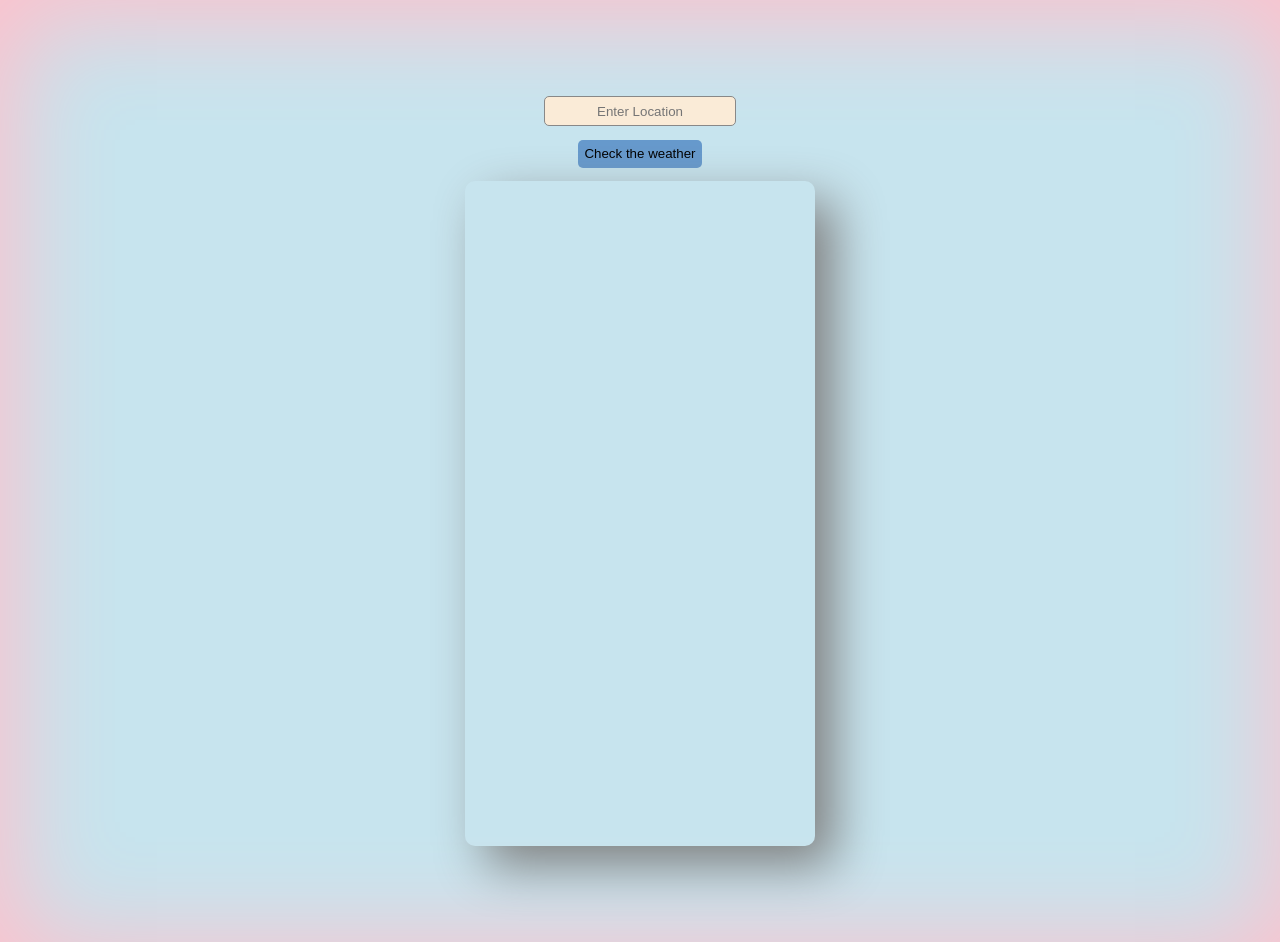
Repository: CanSanchez/weatherapp
Page: /
These files come from the project's save history. The page is drawn as it stood at one moment and after the next save; the edit follows.
The browser window is 1280 px wide. The pictures show the whole page.
The project was rebuilt for these pictures with package versions that can differ from the ones it lists, and the page was loaded fresh each time. The framework's server and built-in components were replaced by stand-ins that run in the browser. Also part of the build but not shown: next.config.js.

Above is the page before, as saved 2023-01-17 23:05:45.

### pages/index.js
import Head from 'next/head'
import Image from 'next/image'
import { Inter } from '@next/font/google'
import styles from '@/styles/Home.module.css'
import { useState } from 'react'
import axios from 'axios'
import sunny from '../public/background/sunny.png'

const inter = Inter({ subsets: ['latin'] })

export default function Home() {

  const [location, setLocation] = useState("");
  const [data, setData] = useState({});
  const [weather, setWeather] = useState();
  const [errorMessage, setErrorMessage] = useState('')
  // const [background, setBackground] = useState();

  var apiKey = "99f42d70d7447c0cadd6b0124b3ed194";
  var lang ="en";
  var units ="metric";

  const url = `https://api.openweathermap.org/data/2.5/weather?q=${location}&units=${units}&&appid=${apiKey}&lang=${lang}`

  const searchLocation = (event) => {
    if(event.key === "Enter") {
      axios.get(url)
      .then((response) => {
        console.clear()
        setData(response.data)
        console.log(response.data)
        setWeather(response.data.weather);
        setErrorMessage("")
      }).catch(err => {
        console.log(err);
        setErrorMessage("Please enter another location")
        setData({})
        setWeather()
      })
      setLocation('')
    }
  }

  return (
    <>
      <Head>
        <title>Wazzup</title>
        <meta name="description" content="Weather app created by Can" />
        <meta name="viewport" content="width=device-width, initial-scale=1" />
        <link rel="icon" href="/weather-news.png" />
        <link href="https://fonts.googleapis.com/css2?family=Comfortaa&family=M+PLUS+Rounded+1c:wght@700&display=swap" rel="stylesheet"></link>
      </Head>

      <main className={styles.main}>
      <input
        className={styles.input}
        value={location}
        onChange={event => setLocation(event.target.value)}
        placeholder="Enter Location"
        onKeyDown={searchLocation}
        type="text"
       />
       <button className={styles.button}>Check the weather</button>

      <div className={styles.wrapper}
      style={{backgroundImage: `url(${sunny}.src)`}}>
      {
        errorMessage &&
        <p>{errorMessage}</p>
      }
       {
        weather && weather.map((w, index) => {
          return (
            // <div key={index}>
            //   <div>{w.description}</div>
            //   <div>{w.main}</div>
            // </div>
            <div className={styles.weathercontent}>
              <h1 className={styles.city}>{data.name}</h1>
              {/* <h3>{data.sys.country}</h3> */}
              <div className={styles.currentweather}>{w.main}</div>
              <p>Wind: {data.wind.speed}m/s</p>
              <p>Temperature: {data.main.temp}°C</p>
              <p>Feels Like: {data.main.feels_like}°C</p>
            </div>
          )
        })
       }
      </div>
      </main>
    </>
  )
}

### styles/Home.module.css
.main {
  display: flex;
  flex-direction: column;
  justify-content: space-between;
  align-items: center;
  padding: 6rem;
  min-height: 100vh;
  background-color:#C7E4EE;
  box-shadow: 5px 10px 100px 10px pink inset;
}

.wrapper {
  width: 350px;
  height: 665px;
  display: flex;
  flex-direction: column;
  align-items: center;
  flex-wrap: nowrap;
  /* background-image: url('/background/sunny.png'); */
  background-size: cover;
  background-repeat: no-repeat;
  box-shadow: 20px 20px 50px grey;
  border-radius: 10px;
  justify-content: center;
}

.input {
  background-color: antiquewhite;
  color: #252525;
  text-align: center;
  border: #888888 1px solid;
  border-radius: 5px;
  padding: .5em;
  margin-bottom: 1em;
}

.button {
  background-color: #6699CC;
  border: 0;
  border-radius: 5px;
  padding: .5em;
  margin-bottom: 1em;
}

.weathercontent {
  display: flex;
  flex-direction: column;
  align-items: center;
  font-family: 'Comfortaa', cursive;
  font-family: 'M PLUS Rounded 1c', sans-serif;
  padding-top: 5em;
}

.city {
  text-transform: uppercase;
}

.currentweather {
  text-align: center;
  background-color: #65bf2e;
  width: 150px;
  border-radius: 20px;
  text-transform: uppercase;
}

Loaded but not shown: pages/_app.js (common file); pages/_document.js (common file); styles/globals.css (common file)

After the next save:
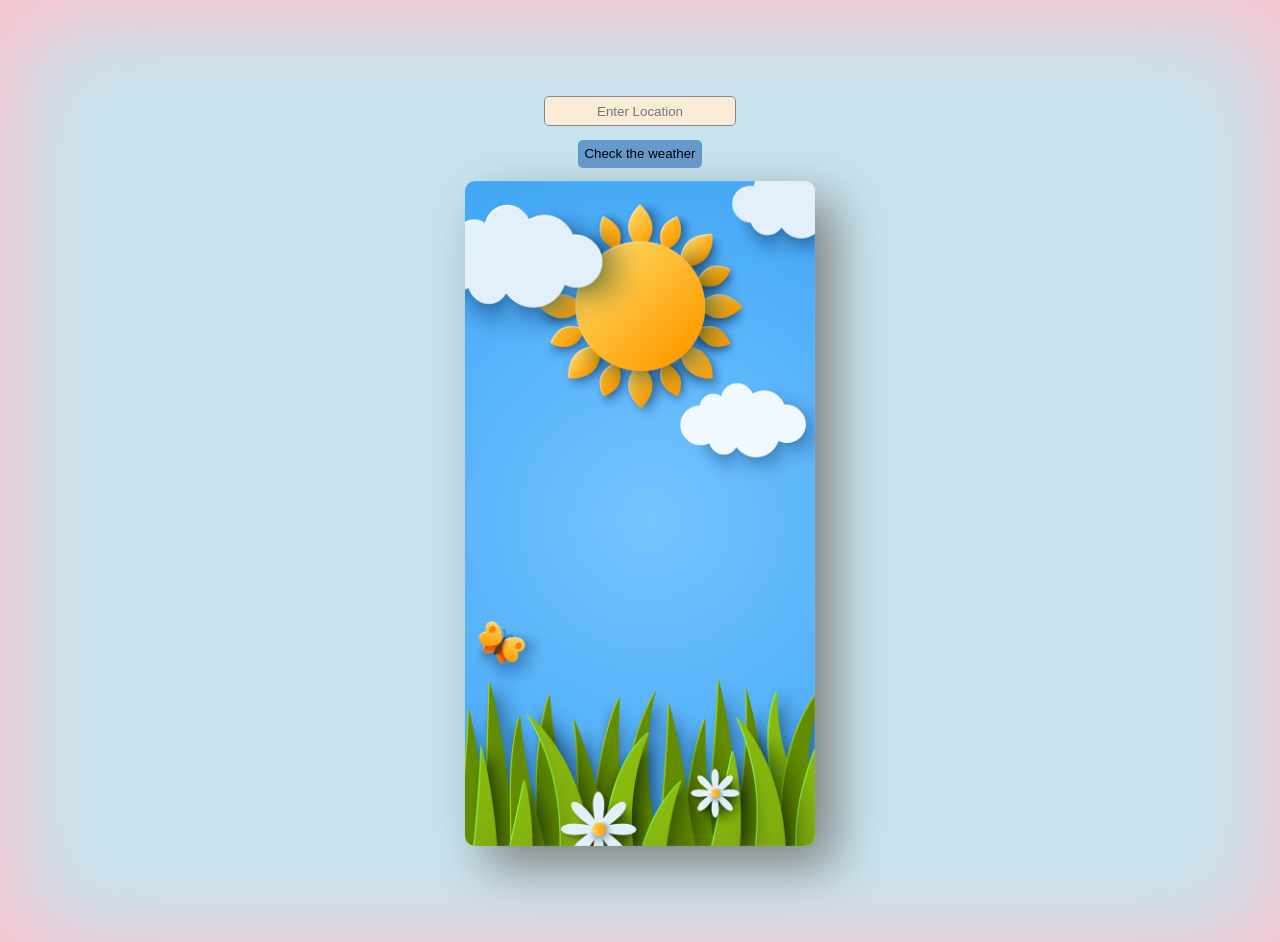
Saved 12 s later.
--- a/pages/index.js
+++ b/pages/index.js
@@ -63,7 +63,7 @@ export default function Home() {
        <button className={styles.button}>Check the weather</button>
 
       <div className={styles.wrapper}
-      style={{backgroundImage: `url(${sunny}.src)`}}>
+      style={{backgroundImage: `url(${sunny.src})`}}>
       {
         errorMessage &&
         <p>{errorMessage}</p>
